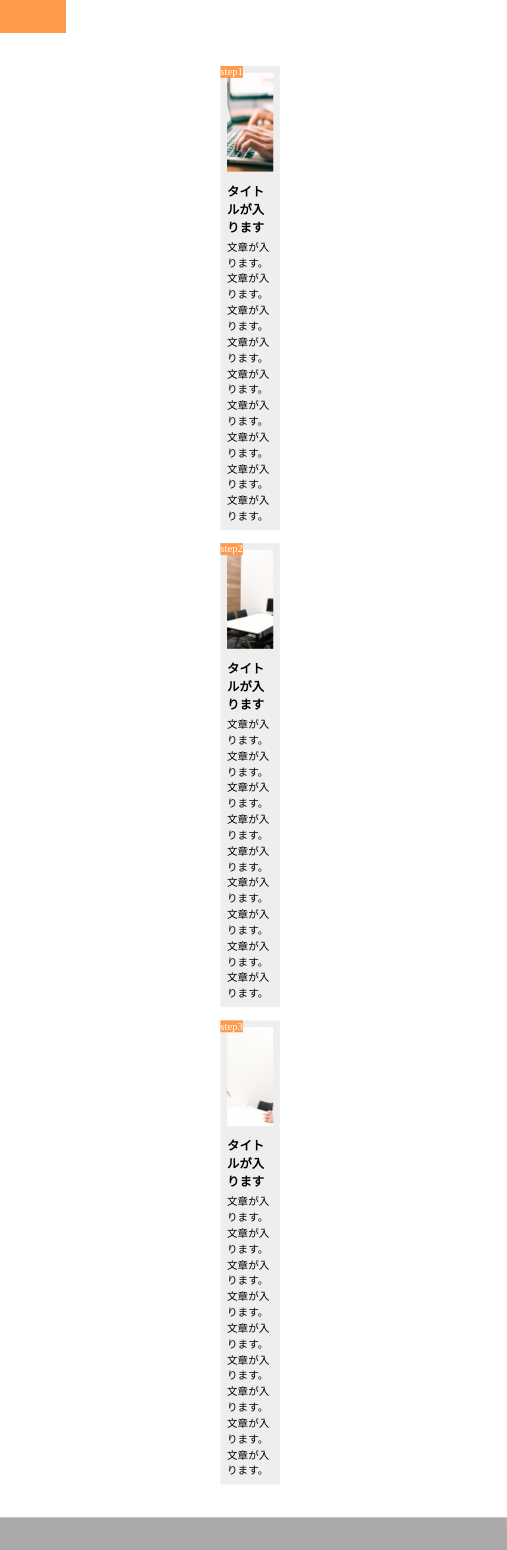
Repository: hayase-m/Webcamp
Page: chapter10/chapter10.html
The author's editor kept a record of every edit. The page is drawn from the files as they stood at one moment, then again after the next edit.
The browser window is 768 px wide. The pictures show the whole page, at 66% of full size.

Above is the page before.

After the next edit:
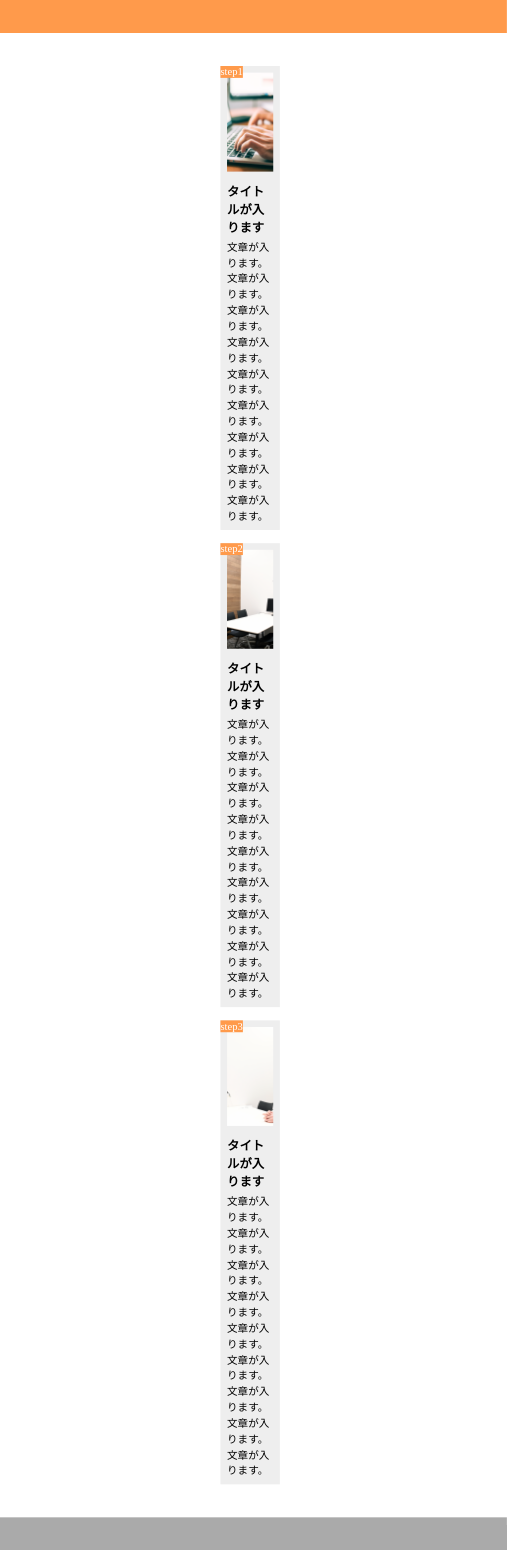
The edit:
--- a/chapter10/style10.css
+++ b/chapter10/style10.css
@@ -67,7 +67,7 @@
 
 @media screen and (max-width: 768px) {
   header {
-    width: 100px;
+    width: 100%;
     margin-bottom: 50px;
   }
 
